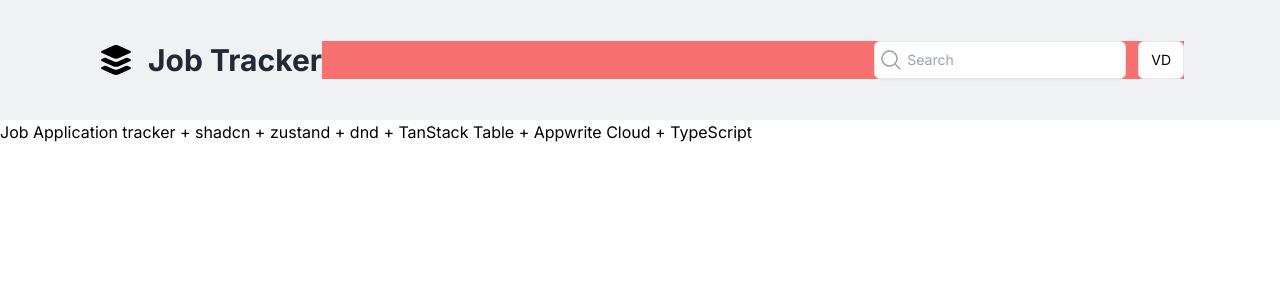
Repository: Vasil1001/job-applications-tracker-nextjs
Page: /
These files come from the project's save history. The page is drawn as it stood at one moment and after the next save; the edit follows.
The browser window is 1280 px wide. The pictures show the whole page.
The project was rebuilt for these pictures with package versions that can differ from the ones it lists, and the page was loaded fresh each time. The framework's server and built-in components were replaced by stand-ins that run in the browser. Also part of the build but not shown: next.config.js.

Above is the page before, as saved 2023-06-24 17:28:24.

After the next save:
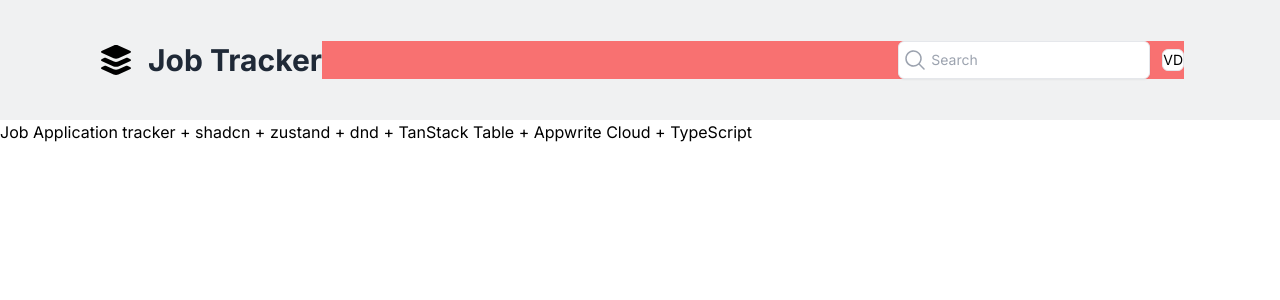
Saved 28 s later.
--- a/components/Header.tsx
+++ b/components/Header.tsx
@@ -42,7 +42,7 @@ export default function Header() {
             <button hidden> Search</button>
           </form>
 
-          <button className="py-2 px-3 flex-initial text-black text-sm font-regular border focus-visible:outline-none focus-visible:ring-1 focus:ring-gray-400 bg-white border-gray-200 sm:text-sm rounded-md hover:border-gray-300 ">
+          <button className="h-full  flex-initial text-black text-sm font-regular border focus-visible:outline-none focus-visible:ring-1 focus:ring-gray-400 bg-white border-gray-200 sm:text-sm rounded-md hover:border-gray-300 ">
             VD
           </button>
         </div>
